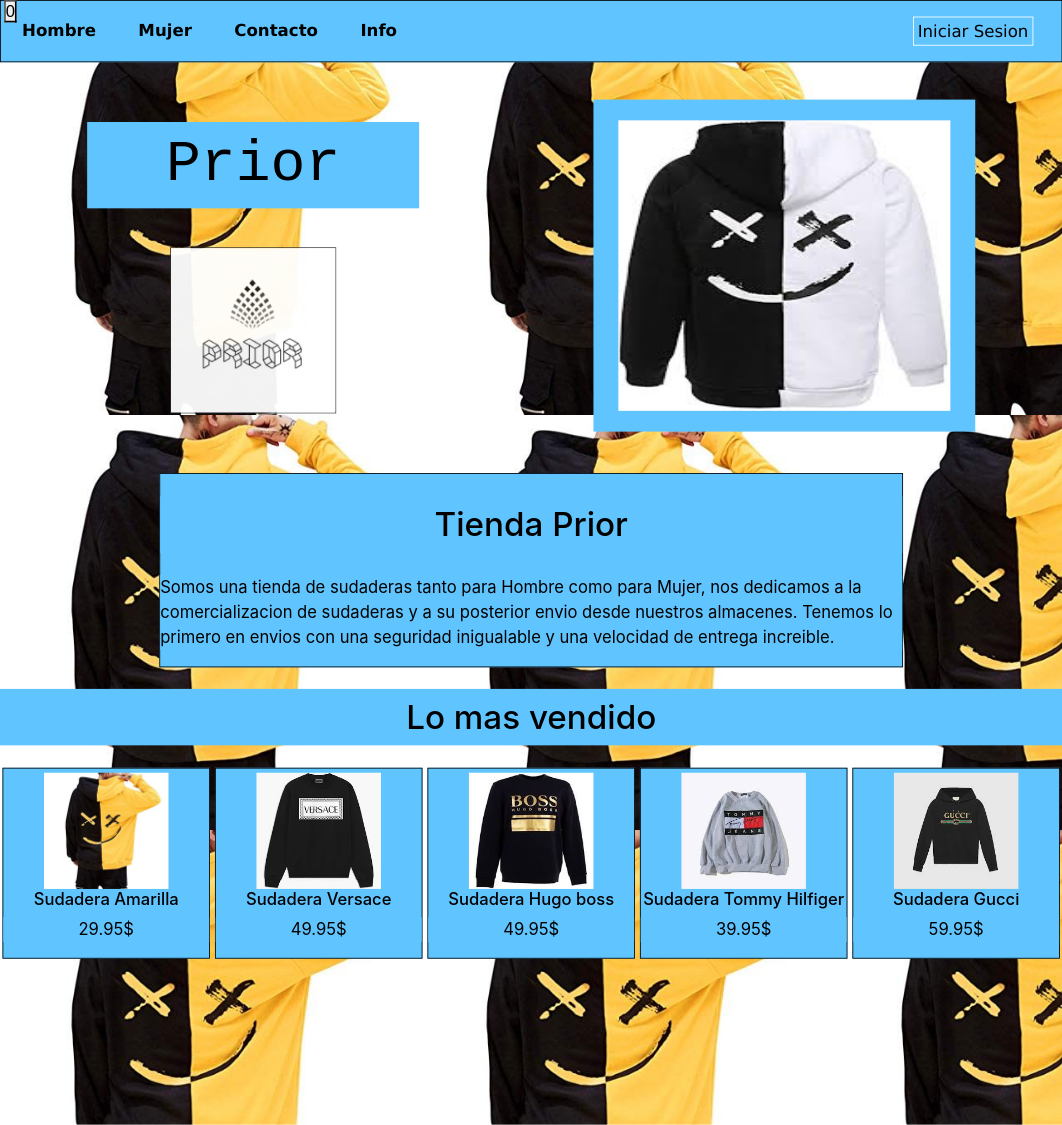
Repository: danilugones10/Proyecto
Page: hombre.html
The author's editor kept a copy of each file at every save. The page is drawn from the files as they stood at one save, then again after the next save.
The browser window is 1280 px wide. The pictures show the whole page, at 83% of full size.

Above is the page before, as saved 2021-03-08 17:19:00.

### hombre.html
<!DOCTYPE html>
<html lang="en">
<head>
    <meta charset="UTF-8">
    <meta name="viewport" content="width=device-width, initial-scale=1.0">
    <title>Document</title>
    <link rel="stylesheet" href="bootstrap-4.6.0-dist/css/bootstrap.min.css">
    <link rel="stylesheet" href="css/normalize.css">
    <link rel="stylesheet" href="css/style.css">
</head>
<body class="body">
    <header class="header">

    </header>



    <main class="main">

        <section class="section1">
            <div class="section1-titulo">
                <div class="section1-titulo__fondo color__claro">
                    <h1 class="section1-titulo__h1">Prior</h1>
                </div>
                <img src="css/img/Prior.PNG" class="prior-img">
            </div>
            <div class="section1-img color__claro">
                <img src="css/img/sudadera1.jpg" alt="">
            </div>
        </section>

        <section class="section2">
            <div class="section2-prior color__claro">
                <h1>Tienda Prior</h1>
                <p>Somos una tienda de sudaderas tanto para Hombre como para Mujer,
                    nos dedicamos a la comercializacion de sudaderas y a su posterior envio
                    desde nuestros almacenes. Tenemos lo primero en envios con una seguridad
                    inigualable y una velocidad de entrega increible.
                </p>
            </div>
        </section>

        <section class="section3">
            <div class="section3-h1">
                <h1 class="section3-h1-color color__claro">Lo mas vendido</h1>
            </div>
            <div class="section3-imagenes">
                <div class="section3-imagenes__contenedor color__claro">
                    <div class="fondo">
                            <img src="css/img/sudadera_fondo.jpg" width="150px" height="140px" alt="">
                            <h3>Sudadera Amarilla</h3>
                            <p>29.95$</p>
                            <button>Ver detalles</button>
                    </div>
                </div>
                <div class="section3-imagenes__contenedor color__claro">
                    <div class="fondo">
                        <img src="css/img/imagenes/1.jpg" width="150px" height="140px" alt="">
                        <h3>Sudadera Versace</h3>
                        <p>49.95$</p>
                        <button>Ver detalles</button>
                    </div>
                </div>
                <div class="section3-imagenes__contenedor color__claro">
                    <div class="fondo">
                        <img src="css/img/imagenes/2.jpg" width="150px" height="140px" alt="">
                        <h3>Sudadera Hugo boss</h3>
                        <p>49.95$</p>
                        <button>Ver detalles</button>
                    </div>
                </div>
                <div class="section3-imagenes__contenedor color__claro">
                    <div class="fondo">
                        <img src="css/img/imagenes/3.jpg" width="150px" height="140px" alt="">
                        <h3>Sudadera Tommy Hilfiger</h3>
                        <p>39.95$</p>
                        <button>Ver detalles</button>
                    </div>
                </div>
                <div class="section3-imagenes__contenedor color__claro">
                    <div class="fondo">
                        <img src="css/img/imagenes/5.jpg" width="150px" height="140px" alt="">
                        <h3>Sudadera Gucci</h3>
                        <p>59.95$</p>
                        <button>Ver detalles</button>
                    </div>
                </div>
            </div>
        </section>

    </main>

    <script src="js/menu.js"></script>
    <script src="js/oscuro.js"></script>
</body>
</html>

### css/style.css
:root {
  --base: #60c5ff;
  --texto: #000000;
  --nav: #ffffff;
}

.modoOscuro {
  --base: #093f5f;
  --texto: #ffffff;
  --nav: #000000;
}

.header {
  grid-column: 1/2;
  grid-row: 1/2;
  background-color: var(--nav);
  color: var(--texto);
  height: 75px;
}

.menu {
  height: 75px;
  border: 1px solid;
}

.menu__list {
  list-style: none;
  display: flex;
}

.menu__item {
  padding-top: 20px;
  padding-bottom: 23px;
  padding-right: 2%;
  padding-left: 2%;
  font-family: "Lucida Sans", "Lucida Sans Regular", "Lucida Grande", "Lucida Sans Unicode", Geneva, Verdana, sans-serif;
  font-weight: bold;
}

#oscuro {
  margin-left: 5px;
}

a {
  text-decoration: none;
  color: var(--texto);
}

.busqueda {
  display: none;
  position: absolute;
  width: 20%;
  right: 185px;
  top: 25px;
  height: 25px;
  border-radius: 10px;
  outline: none;
}

.inicio {
  position: absolute;
  top: 20px;
  right: 35px;
  background-color: var(--base);
  border: 1px solid white;
  padding: 5px;
  font-family: "Lucida Sans", "Lucida Sans Regular", "Lucida Grande", "Lucida Sans Unicode", Geneva, Verdana, sans-serif;
}
.inicio a {
  text-decoration: none;
}

.hamburguesa {
  position: absolute;
  top: 25px;
  right: 5px;
  cursor: pointer;
  display: none;
}

.inicio:hover {
  background-color: #A3E4D7;
}
.inicio:hover a {
  color: black;
}

.menu__item:hover {
  background-color: var(--base);
  color: var(--texto);
}
.menu__item:hover a {
  color: black;
}

@media (max-width: 767px) {
  .menu {
    background-color: var(--nav);
    height: 75px;
  }

  .menu__list {
    list-style: none;
    display: inline-block;
  }

  .menu__item {
    padding-top: 19px;
    padding-bottom: 20px;
    padding-right: 2%;
    padding-left: 2%;
    font-family: "Lucida Sans", "Lucida Sans Regular", "Lucida Grande", "Lucida Sans Unicode", Geneva, Verdana, sans-serif;
    visibility: hidden;
  }

  .menu__item:hover {
    width: 100px;
  }

  .busqueda {
    display: block;
    position: absolute;
    width: 35%;
    right: 200px;
    top: 25px;
    height: 25px;
    border-radius: 20px;
  }

  .inicio {
    position: absolute;
    top: 20px;
    right: 35px;
    border: 1px solid white;
    padding: 5px;
    font-family: "Lucida Sans", "Lucida Sans Regular", "Lucida Grande", "Lucida Sans Unicode", Geneva, Verdana, sans-serif;
  }
  .inicio a {
    text-decoration: none;
  }

  .hamburguesa {
    position: absolute;
    top: 25px;
    right: 5px;
    cursor: pointer;
    display: block;
  }

  .inicio:hover {
    background-color: #A3E4D7;
    color: black;
  }

  .menu__item:hover {
    background-color: var(--base);
    color: var(--texto);
  }
}
.main {
  grid-column: 1/2;
  grid-row: 2/3;
}

.section1 {
  display: flex;
  flex-flow: wrap;
  justify-content: space-around;
  width: 100%;
}
.section1 .section1-titulo {
  width: 400px;
  height: 400px;
  text-align: center;
}
.section1 .section1-titulo .section1-titulo__fondo .section1-titulo__h1 {
  font-size: 70px;
  font-family: "Courier New", Courier, monospace;
}
.section1 .section1-titulo .prior-img {
  opacity: 95%;
  width: 200px;
  height: 200px;
  border: 1px solid;
  transition: 1s;
}
.section1 .section1-titulo .prior-img:hover {
  transform: scale(1.3);
}
.section1 .section1-img {
  width: 460px;
  height: 400px;
  text-align: center;
  padding-top: 25px;
  margin-top: 20px;
}
.section1 .section1-img img {
  width: 400px;
  height: 350px;
  transition: 1s;
}
.section1 .section1-img img:hover {
  transform: scale(1.1);
}

.section2 {
  width: 100%;
  display: flex;
  justify-content: center;
  padding-top: 50px;
  color: white;
}
.section2 .section2-prior {
  border: 1px solid;
  width: 70%;
}

.section3 {
  width: 100%;
  display: flex;
  flex-wrap: wrap;
  color: white;
}
.section3 .section3-h1 {
  width: 100%;
  text-align: center;
}
.section3 .section3-imagenes {
  display: flex;
  flex-wrap: wrap;
  justify-content: space-around;
  width: 100%;
  text-align: center;
}
.section3 .section3-imagenes .section3-imagenes__contenedor {
  position: relative;
  border: 1px solid;
  padding-top: 5px;
  width: 250px;
  height: 230px;
}
.section3 .section3-imagenes .section3-imagenes__contenedor button {
  display: none;
}
.section3 .section3-imagenes .section3-imagenes__contenedor h3 {
  font-size: 20px;
}
.section3 .section3-imagenes .section3-imagenes__contenedor:hover .fondo {
  position: absolute;
  top: 0;
  left: 0;
  width: 100%;
  height: 100%;
  background-color: rgba(0, 0, 0, 0.6);
  z-index: 100;
}
.section3 .section3-imagenes .section3-imagenes__contenedor:hover button {
  display: inline;
  position: absolute;
  top: 40%;
  left: 30%;
}

.section4 {
  width: 100%;
  margin-top: 5px;
}
.section4 h1 {
  color: white;
  text-align: center;
}
.section4 .contenedor {
  margin: auto;
  margin-bottom: 20px;
  width: 400px;
  height: 350px;
  background-color: aquamarine;
  z-index: 100;
  position: relative;
  border: 1px solid;
}
.section4 .contenedor img {
  width: 100vw;
}
.section4 .contenedor .texto {
  background-color: var(--base);
  opacity: 75%;
  margin-top: -90px;
}
.section4 .contenedor .texto #nombreImagen {
  color: white;
  margin-left: 15px;
}
.section4 .contenedor .texto #precio {
  color: white;
  padding-top: 10px;
  margin-left: 15px;
}
.section4 .contenedor .texto #precio span {
  text-decoration: line-through;
}
.section4 .contenedor #flecha1 {
  content: "";
  position: absolute;
  border-right: 2vw solid gray;
  border-bottom: 2vw solid transparent;
  border-top: 2vw solid transparent;
  bottom: 45%;
  left: 0;
  cursor: pointer;
}
.section4 .contenedor #flecha2 {
  content: "";
  position: absolute;
  border-left: 2vw solid gray;
  border-bottom: 2vw solid transparent;
  border-top: 2vw solid transparent;
  bottom: 45%;
  right: 0;
  cursor: pointer;
}

.footer {
  grid-column: 1/2;
  grid-row: 3/4;
  color: var(--texto);
  background-color: var(--nav);
  border: 1px solid var(--base);
  height: 200px;
}

.grupo {
  display: flex;
}

.colum {
  text-align: center;
  width: 33.3%;
  height: 120px;
}

.colum h3 {
  margin-bottom: 0px;
  font-family: "Courier New", Courier, monospace;
}

.colum div {
  margin-top: 3px;
  font-size: 16px;
  font-family: "Times New Roman", Times, serif;
}

.fin {
  width: 100%;
}

.fin div {
  font-size: 16px;
  text-align: center;
}

.fin div span {
  position: absolute;
  right: 10px;
  font-size: 16px;
}

@media (max-width: 767px) {
  .fin {
    padding-top: 10px;
  }
}
.card_width {
  min-width: 400px;
  max-width: 33%;
}

.main p {
  color: var(--texto);
}
.main h5 {
  color: var(--texto);
}
.main .entrega {
  width: 70%;
  margin: auto;
}
.main .entrega p {
  padding: 10px;
  border-radius: 20px;
  border: 2px solid;
}
.main .pagos {
  width: 30%;
  min-width: 300px;
  margin: auto;
  border-radius: 20px;
  border: 2px solid;
  color: var(--texto);
  background-color: var(--base);
}
.main .pagos ul {
  list-style: none;
}
.main .pagos ul li {
  padding: 10px;
}

h1 {
  background-color: var(--base);
  color: var(--texto);
  padding: 10px;
  text-align: center;
}

p {
  color: var(--texto);
  background-color: var(--base);
}

.cuadro {
  display: flex;
  justify-content: space-around;
  flex-wrap: wrap;
}

.cajita {
  color: var(--texto);
  background-color: var(--base);
  min-width: 450px;
  height: 300px;
  margin-bottom: 10px;
}

.accordion .card {
  color: var(--texto);
  background-color: var(--base);
}
.accordion .card .card-body {
  background-color: rgba(0, 0, 0, 0.3);
}
.accordion .card button {
  color: var(--texto);
}

.contacto-form {
  height: 350px;
  margin: auto;
  width: 75%;
  color: var(--texto);
  background-color: var(--base);
}
.contacto-form fieldset {
  border: 1px solid;
}

.tabla {
  text-align: center;
  width: 90%;
  background-color: var(--base);
  margin: auto;
  margin-bottom: 10px;
}

th {
  color: var(--texto);
}

td {
  color: var(--texto);
}

.carrouselMujer {
  max-width: 500px;
  margin: auto;
  border: 1px solid;
}

.carousel-control-prev-icon {
  background-color: black;
}

.carousel-control-next-icon {
  background-color: black;
}

* {
  margin: 0;
  padding: 0;
  font-size: 20px;
}
* h1 {
  color: var(--texto);
}
* h5 {
  color: var(--texto);
}
* p {
  color: var(--texto);
}

body {
  display: grid;
  grid-template-columns: 100%;
  grid-template-rows: 100px auto 200px;
  background-image: url(img/sudadera_fondo.jpg);
}

#oscuro {
  position: absolute;
  top: 0;
  left: 0;
}

.color__claro {
  background-color: var(--base);
  color: var(--texto);
}

@media (max-width: 767px) {
  body {
    grid-template-rows: 350px auto 200px;
  }

  .main {
    margin-top: -250px;
  }
}

/*# sourceMappingURL=style.css.map */

### js/menu.js
const header=document.querySelector('.header');
const nav=document.createElement('nav');
nav.className="menu color__claro";
const ul=document.createElement('ul');
ul.className="menu__list";
const fragment=document.createDocumentFragment();

const bot=document.createElement('button');
bot.id="oscuro";
bot.textContent="0";
nav.appendChild(bot);

const li=document.createElement('li');
li.className="menu__item";
const a=document.createElement('a');
a.href="hombre.html";
a.textContent="Hombre";
li.appendChild(a)
fragment.appendChild(li);

const li2=document.createElement('li');
li2.textContent="Mujer";
li2.className="menu__item";
fragment.appendChild(li2);

const li3=document.createElement('li');
li3.textContent="Contacto";
li3.className="menu__item";
fragment.appendChild(li3);

const li4=document.createElement('li');
li4.className="menu__item";
const a4=document.createElement('a');
a4.href="info.html";
a4.textContent="Info";
li4.appendChild(a4)
fragment.appendChild(li4);

const li5=document.createElement('input');
li5.setAttribute('placeholder', '   buscar');
li5.className="busqueda";
li5.id="busqueda";
fragment.appendChild(li5);

const li6=document.createElement('li');
const button6=document.createElement('button');
button6.className="inicio";
const a6=document.createElement('a');
a6.href="formulario.html";
a6.textContent="Iniciar Sesion";
button6.appendChild(a6);
li6.appendChild(button6);
fragment.appendChild(button6);

const hamb=document.createElement('label');
hamb.innerHTML="<span>&#9776;</span>";
hamb.className="hamburguesa";
fragment.appendChild(hamb);

ul.appendChild(fragment);
nav.appendChild(ul);
header.appendChild(nav);

const hamburguesa=document.querySelector('.hamburguesa');
const menu=document.querySelector('.menu');
const main=document.querySelector('.main');
const body=document.querySelector('.main');

    hamburguesa.addEventListener('click', ()=>{

        if(window.innerWidth<767){

            if( menu.style.height==="75px"){
                menu.style.height="100%";
                body.style.marginTop="0px";
                li.style.visibility="visible";
                li2.style.visibility="visible";
                li3.style.visibility="visible";
                li4.style.visibility="visible";
            }
            else{
                menu.style.height="75px";
                body.style.marginTop="-200px";
                li.style.visibility="hidden";
                li2.style.visibility="hidden";
                li3.style.visibility="hidden";
                li4.style.visibility="hidden";

            }
        }
    })

    window.addEventListener("resize",() => {
        if (this.window.innerWidth>767) {
            body.style.marginTop="0px";
            li.style.visibility="visible";
            li2.style.visibility="visible";
            li3.style.visibility="visible";
            li4.style.visibility="visible";
        }
        else{
            menu.style.height="75px";
            body.style.marginTop="-200px";
            li.style.visibility="hidden";
            li2.style.visibility="hidden";
            li3.style.visibility="hidden";
            li4.style.visibility="hidden";
        }
     })

### js/oscuro.js
const botonOscuro=document.getElementById('oscuro');
const menus=document.querySelector('.menu');
const section1Titulo=document.querySelector('.section1-titulo__fondo');
const section1Img=document.querySelector('.section1-img');
const section2Prior=document.querySelector('.section2-prior');
const section3H1=document.querySelector('.section3-h1-color');
const section3Conte=document.querySelectorAll('.section3-imagenes__contenedor');
const section4H1=document.querySelector('.section4-h1');
const footer=document.querySelector('.footer');

botonOscuro.addEventListener("click", ()=>{
    if (menus.className=="menu color__claro") {
        menus.className="menu color__oscuro"
        section1Titulo.className="section1-titulo__fondo color__oscuro"
        section1Img.className="section1-img color__oscuro"
        section2Prior.className="section2-prior color__oscuro"
        section3H1.className="section3-h1-color color__oscuro"
        section4H1.className="section4-h1 color__oscuro"
        footer.className="footer color__oscuro"
        for (let index = 0; index < section3Conte.length; index++) {
            const element = section3Conte[index];
            element.className="section3-imagenes__contenedor color__oscuro"
        }

    }
    else{
        menus.className="menu color__claro"
        section1Titulo.className="section1-titulo__fondo color__claro"
        section1Img.className="section1-img color__claro"
        section2Prior.className="section2-prior color__claro"
        section3H1.className="section3-h1-color color__claro"
        section4H1.className="section4-h1 color__claro"
        footer.className="footer color__claro"
        for (let index = 0; index < section3Conte.length; index++) {
            const element = section3Conte[index];
            element.className="section3-imagenes__contenedor color__claro"
        }

    }
})

Loaded but not shown: bootstrap-4.6.0-dist/css/bootstrap.min.css (library); css/normalize.css (library)

After the next save:
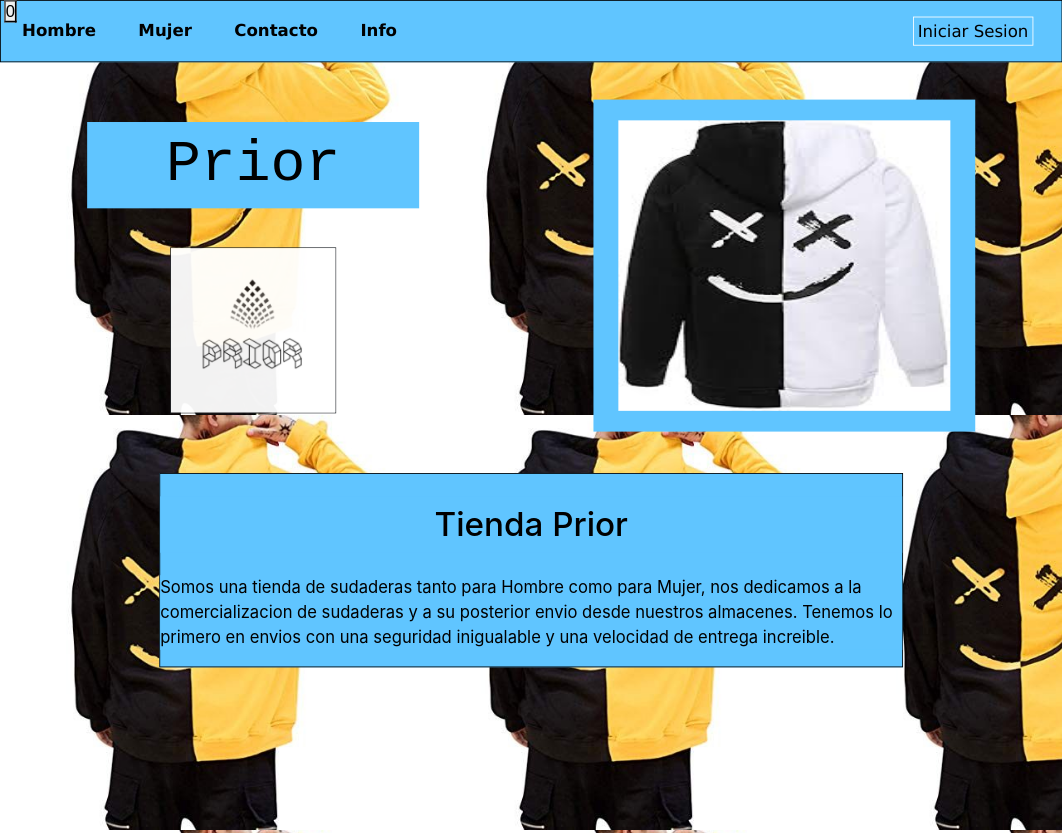
Saved 15 s later.
--- a/hombre.html
+++ b/hombre.html
@@ -40,54 +40,6 @@
             </div>
         </section>
 
-        <section class="section3">
-            <div class="section3-h1">
-                <h1 class="section3-h1-color color__claro">Lo mas vendido</h1>
-            </div>
-            <div class="section3-imagenes">
-                <div class="section3-imagenes__contenedor color__claro">
-                    <div class="fondo">
-                            <img src="css/img/sudadera_fondo.jpg" width="150px" height="140px" alt="">
-                            <h3>Sudadera Amarilla</h3>
-                            <p>29.95$</p>
-                            <button>Ver detalles</button>
-                    </div>
-                </div>
-                <div class="section3-imagenes__contenedor color__claro">
-                    <div class="fondo">
-                        <img src="css/img/imagenes/1.jpg" width="150px" height="140px" alt="">
-                        <h3>Sudadera Versace</h3>
-                        <p>49.95$</p>
-                        <button>Ver detalles</button>
-                    </div>
-                </div>
-                <div class="section3-imagenes__contenedor color__claro">
-                    <div class="fondo">
-                        <img src="css/img/imagenes/2.jpg" width="150px" height="140px" alt="">
-                        <h3>Sudadera Hugo boss</h3>
-                        <p>49.95$</p>
-                        <button>Ver detalles</button>
-                    </div>
-                </div>
-                <div class="section3-imagenes__contenedor color__claro">
-                    <div class="fondo">
-                        <img src="css/img/imagenes/3.jpg" width="150px" height="140px" alt="">
-                        <h3>Sudadera Tommy Hilfiger</h3>
-                        <p>39.95$</p>
-                        <button>Ver detalles</button>
-                    </div>
-                </div>
-                <div class="section3-imagenes__contenedor color__claro">
-                    <div class="fondo">
-                        <img src="css/img/imagenes/5.jpg" width="150px" height="140px" alt="">
-                        <h3>Sudadera Gucci</h3>
-                        <p>59.95$</p>
-                        <button>Ver detalles</button>
-                    </div>
-                </div>
-            </div>
-        </section>
-
     </main>
 
     <script src="js/menu.js"></script>
